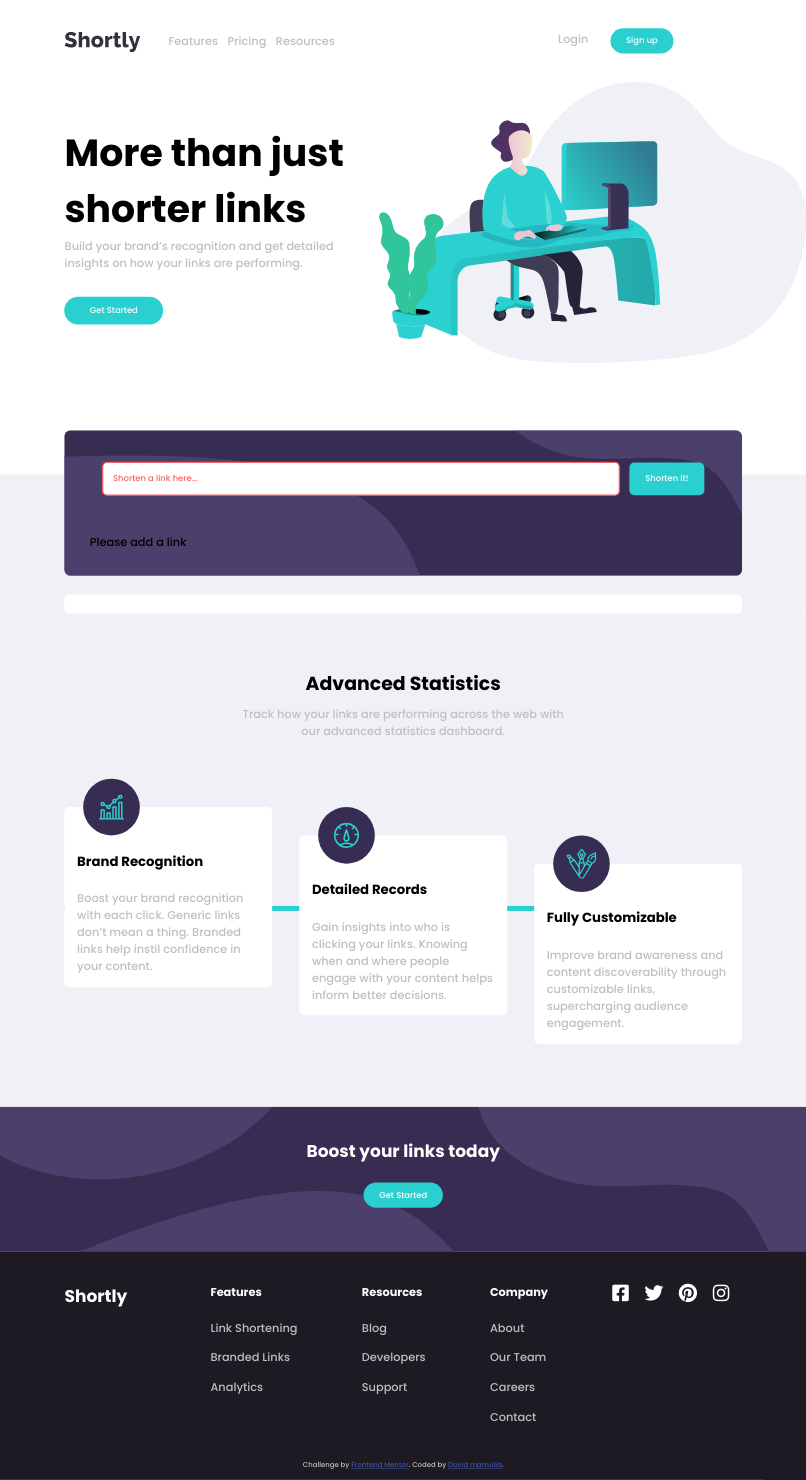
Repository: mamulini/URL-shortener
Page: index.html
The author's editor kept a copy of each file at every save. The page is drawn from the files as they stood at one save, then again after a run of saves.
The browser window is 1280 px wide. The pictures show the whole page, at 63% of full size.
Some web libraries are served in a nearby version. The style sheet was rebuilt from its Sass, Less or Tailwind sources for each picture, by a compiler version that may differ from the author's.

Above is the page before, as saved 2020-04-16 22:52:06.

### index.html
<!DOCTYPE html>
<html lang="en">
<head>
  <meta charset="UTF-8">
  <meta name="viewport" content="width=device-width, initial-scale=1.0"> <!-- displays site properly based on user's device -->

  <link rel="icon" type="image/png" sizes="32x32" href="./images/favicon-32x32.png">
  <link rel="stylesheet" href="https://cdnjs.cloudflare.com/ajax/libs/font-awesome/5.13.0/css/all.min.css">
  <link rel="stylesheet" href="./sass/main.css">

  <title>Frontend Mentor | Shortly URL shortening API Challenge</title>

  <!-- Feel free to remove these styles or customise in your own stylesheet 👍 -->

</head>
<body>
  <header class="header container">
    <a href="/" class="header__logo"><img src="./images/logo.svg" alt="logo">
    </a>
    <nav class="nav">
      <ul class="nav__menu">
        <li class="nav__item"><a class="nav__link" href="#">Features</a></li>
        <li class="nav__item"><a class="nav__link" href="#">Pricing</a></li>
        <li class="nav__item"><a class="nav__link" href="#">Resources</a></li>
      </ul>
    </nav>
    <div class="user">
      <a class="user__login" href="#" >Login</a>
      <button class="user__sign-up btn--blue" type="button">Sign up</button>
    </div>

  </header>
  <main class="main">
    <div class="intro">
      <div class="intro__description">
        <h1 class="intro__title">More than just shorter links</h1>
        <p class="intro__subtitle">Build your brand’s recognition and get detailed <br> insights
          on how your links are performing.</p>
        <button class="intro__btn btn--blue">Get Started</button>

      </div>
      <div class="intro__img">
        <img src="./images/illustration-working.svg" alt="image">
      </div>
    </div>
    <div class="shorten ">
      <div class="shorten__handler container">
        <form class="shorten__form">
          <input class="shorten__input" type="url" pattern="https://.*" value="" placeholder="Shorten a link here...">
          <button class="shorten__btn btn--blue" type="button">Shorten it!</button>

        </form>
        <p class="shorten__subtitle">Please add a link</p>
      </div>
      <div class="shorten__links container">

      </div>
    </div>
    <div class="statistics ">
      <h2 class="statistics__title">Advanced Statistics</h2>
      <p class="statistics__subtitle">Track how your links are performing across the web with our
        advanced statistics dashboard.</p>
      <div class="blocks_wrapper container">
        <hr class="blocks_wrapper__line">
        <div class="block block--1">
          <div class="block__icon">
            <img src="./images/icon-brand-recognition.svg" alt="icon" >
          </div>
          <h3 class="block__title">Brand Recognition</h3>
          <p class="block__subtitle">Boost your brand recognition with each click. Generic links don’t
            mean a thing. Branded links help instil confidence in your content.</p>
        </div>
        <div class="block block--2">
          <div class="block__icon">
            <img src="./images/icon-detailed-records.svg" alt="icon" >
          </div>
          <h3 class="block__title">Detailed Records</h3>
          <p class="block__subtitle">Gain insights into who is clicking your links. Knowing when and where
            people engage with your content helps inform better decisions.</p>
        </div>
        <div class="block block--3">
          <div class="block__icon">
            <img src="./images/icon-fully-customizable.svg" alt="icon" >
          </div>
          <h3 class="block__title">Fully Customizable</h3>
          <p class="block__subtitle">Improve brand awareness and content discoverability through customizable
            links, supercharging audience engagement.</p>
        </div>

      </div>
    </div>
    <div class="link_booster">
      <h2 class="link_booster__title">Boost your links today</h2>
      <button class="link_booster__btn btn--blue">Get Started</button>
    </div>
  </main>
  <div class="footer">
    <div class="footer__wrapper container">
      <h2 class="footer__logo">Shortly</h2>
    <div class="footer__nav-wrapper">
      <h3 class="footer__nav-title">Features</h3>
      <ul class="footer__nav-list">
        <li class="footer__nav-li"><a class="footer__nav-link" href="#">Link Shortening</a></li>
        <li class="footer__nav-li"><a class="footer__nav-link" href="#">Branded Links</a></li>
        <li class="footer__nav-li"><a class="footer__nav-link" href="#">Analytics</a></li>
      </ul>
    </div>
    <div class="footer__nav-wrapper">
      <h3 class="footer__nav-title">Resources</h3>
      <ul class="footer__nav-list">
        <li class="footer__nav-li"><a class="footer__nav-link" href="#">Blog</a></li>
        <li class="footer__nav-li"><a class="footer__nav-link" href="#">Developers</a></li>
        <li class="footer__nav-li"><a class="footer__nav-link" href="#">Support</a></li>
      </ul>
    </div>
    <div class="footer__nav-wrapper">
      <h3 class="footer__nav-title">Company</h3>
      <ul class="footer__nav-list">
        <li class="footer__nav-li"><a class="footer__nav-link" href="#">About</a></li>
        <li class="footer__nav-li"><a class="footer__nav-link" href="#">Our Team</a></li>
        <li class="footer__nav-li"><a class="footer__nav-link" href="#">Careers</a></li>
        <li class="footer__nav-li"><a class="footer__nav-link" href="#">Contact</a></li>
      </ul>
    </div>
    <div class="footer__icons-wrapper">
      <a href="#"><i class="fab fa-facebook-square footer__icon"></i></a>
      <a href="#"><i  class="fab fa-twitter footer__icon"></i></a>
      <a href="#"><i class="fab fa-pinterest footer__icon"></i></a>
      <a href="#"><i class="fab fa-instagram footer__icon"></i></a>
    </div>

    </div>
    <div class="attribution">
      Challenge by <a href="https://www.frontendmentor.io?ref=challenge" target="_blank">Frontend Mentor</a>.
      Coded by <a href="#">David mamulia</a>.
    </div>
  </div>
  <script src="./js/main.js"></script>
</body>
</html>

### JS/main.js
const input = document.querySelector('.shorten__input');
const shortenBtn = document.querySelector('.shorten__btn');
// const url = "https://rel.ink/api/links/";

input.addEventListener("focus", () => {
    input.value = "https://";
});

class ShortLinks {
    constructor(url, shortUrl){
        this.url = url;
        this.shortUrl = shortUrl;
    }

    static render(obj){
        const content = `
            <div class="shorten__genarate">
                <span class="shorten__long-link">${obj.url}</span>
                <a class="shorten__short-link" href="${obj.shortUrl}" target="_blank">${obj.shortUrl}</a>
                <button class="shorten__copy btn--blue">Copy</button>
                <span class="shorten__close"><i class="far fa-window-close fa-2x"></i></span >
            </div>
        `;

        document.querySelector(".shorten__links").insertAdjacentHTML("afterbegin", content);
    }
}

let storedLinks = (JSON.parse(localStorage.getItem("locaLinks")));

if (storedLinks){
    storedLinks.forEach(link => {
        ShortLinks.render(link);
    });
}else{ storedLinks = []; }



shortenBtn.addEventListener("click", () => {
    async function inputHandle(){
        const res = await fetch("https://rel.ink/api/links/", {
            method:"POST",
            body: JSON.stringify( {url: `${input.value}`} ),
            headers: { 'Content-Type': 'application/json' }
        });

        if (res.status > 200 && res.status < 400){
            const data = await res.json();

            storedLinks.push(new ShortLinks(input.value, `https://rel.ink/${data.hashid}`));
            input.value = "";

            //save to localStorage
            localStorage.setItem("locaLinks", JSON.stringify(storedLinks));

            ShortLinks.render(storedLinks[storedLinks.length - 1]);
        }else{
            document.querySelector(".shorten__input").classList.add("invalid");
            document.querySelector("form p").style.display = "block";

            setTimeout(() => {
                document.querySelector(".shorten__input").classList.remove("invalid");
                document.querySelector("form p").style.display = "none";
            }, 2500);
        }
    };

    inputHandle();
});

document.querySelector(".shorten__handler").addEventListener("click", (e) => {
    if (e.target.classList.contains("fa-window-close")){
        const delUrl = e.target.parentNode.previousSibling.previousSibling.previousSibling.previousSibling.firstChild.innerText;
        storedLinks = storedLinks.filter(link => link.shortUrl != delUrl);
        //save to localStorage
        localStorage.setItem("locaLinks", JSON.stringify(storedLinks));
        //disappear from DOM
        e.target.parentNode.parentNode.remove();
    }
});

document.querySelector(".shorten__handler").addEventListener("click", (e) => {
    if (e.target.innerText == "Copy"){
        //turn all copy buttons to "Copy" again (in case of they are not)
        const copyButtons = document.querySelectorAll(".shorten__handler div button");

        for (let i = 0; i < copyButtons.length; i++){
            console.log(copyButtons[i]);
            copyButtons[i].style.backgroundColor = "hsl(180, 66%, 49%)";
            copyButtons[i].innerText = "Copy";
        }

        e.target.style.backgroundColor = "hsl(257, 27%, 26%)";
        e.target.innerText = "Copied!";

        //copy shorten link to keyboard
        const copy = e.target.parentNode.previousSibling.previousSibling.firstChild.innerText;
        const input = document.createElement('textarea');
        document.body.appendChild(input);
        input.value = copy;
        input.select();
        document.execCommand('Copy');
        input.remove();
    }
});










// function getUrl(){
//     let protocolOk = url.startsWith('http://') || url.startsWith('https://') || url.startsWith('ftp://');
//     if(!protocolOk) {
//         newUrl = 'http://' + url;
//         return newUrl;
//     }else {
//         return url;
//     }
// }

// function genHash(){
//     if (window.location.hash == ''){
//         window.location.hash = getRandom();
//     }
// }

// function shortUrl(){
//     let longUrl = getUrl();
//     genHash();
//     sendRequest(longurl);
// }
































// postData(url, data)
//                 .then(res => {
//                     console.log(res);
//                 })
//                 .catch(() => {

//                 })
//                 .finally(() => {
//                     clearInputs();
//                 });

### sass/main.scss
@import url('https://fonts.googleapis.com/css2?family=Poppins:wght@500;700&display=swap');

// colors
$text_gray: hsl(0, 0%, 75%);
$cyan_btn:  hsl(180, 66%, 49%);
$dark_bg : #372d52;
$dark_blue: #1e1a23;
$red : hsl(0, 87%, 67%);
$light_bg: #eff1f7;

* {
    padding: 0;
    margin: 0;
    box-sizing: border-box;
}

body{
    font-size: 18px;
    font-family: 'poppins', sans-serif;
    font-weight: 500;

}

img {
    max-width: 100%;
}

.container {
    max-width: 84%;
    margin: 0 auto;
}

.header {
    margin-top: 40px;
    margin-bottom: 40px;
    display: flex;
    justify-content: flex-start;
    align-items: center;
    &__logo{
        flex: 0 0 25%;
        max-width: 150px;
        margin-top: 10px;
    }
}

.nav{
    flex: 0 0 25%;
    &__menu{
        display: flex;
        justify-content: space-between;
        list-style: none;

    }

    &__item{
        margin-left: 15px;
    }

    &__link{
        text-decoration: none;
        color: $text_gray;
        &:hover{
            color: #000000;
        }
    }
}

.user{
    flex: 0 0 50%;
    text-align: right;

    &__login{
        color: $text_gray;
        margin-right: 30px;
        text-decoration: none;
        &:hover{
            color: #000000;
        }
    }
}

.btn--blue{
    padding: 10px 25px;
    border: none;
    cursor: pointer;
    display: inline-block;
    border-radius: 50px;
    background: $cyan_btn;
    outline: none;
    color: #ffffff;
    font-family: 'poppins', sans-serif;
    font-weight: 500;

    &:hover{
        opacity: .5;
    }

    &:active{
        transform: scale(0.90);
    }
}

.intro{
    display: flex;
    justify-content: space-between;

    &__description{
        display: flex;
        flex-direction: column;
        justify-content: center;
        align-items: flex-start;
        max-width: 500px;
        margin-left: 8%;
    }

    &__title {
        font-size: 60px;
    }

    &__subtitle {
        text-align-last: left;
        color: $text_gray;
    }

    &__btn{
        margin-top: 40px;
        padding: 12px 40px;
    }
}

.shorten{
    background: $light_bg;
    margin-top: 170px;

    &__handler{
        background-image: url('../images/bg-shorten-desktop.svg');
        background-position: center;
        background-size: cover;
        background-color: $dark_bg;
        border-radius: 10px;
        position: relative;
        top: -70px;
        margin-bottom: -60px;
    }

    &__form{
        display: flex;
        justify-content: space-between;
        align-items: center;
        padding: 50px 60px 20px 60px;
        flex-wrap: wrap;
    }

    &__subtitle{
        padding: 40px;
    }

    &__input{
        flex: 1;
        padding: 15px;
        border-radius: 8px;
        margin-right: 15px;
        font-family:'poppins', sans-serif;
        border: 2px solid $red;
        outline: none;
         &::placeholder{
            color: $red;
         }
    }

    &__btn{
        border-radius: 8px;
        padding-top: 15px;
        padding-bottom: 17px;
    }

    &__subtitle{
        align-self: flex-end;
    }

    &__links{
        background: #ffffff;
        padding: 15px;
        margin-top: 20px;
        border-radius: 8px;
    }

    &__genarate{
        list-style: none;
        display: flex;
        justify-content: space-between;
        align-items: center;
    }

    &__long-link{
        flex: 1;
    }

    &__short-link{
        padding: 15px;
        color: $cyan_btn;
    }

    &__copy{
        margin-right: 10px;
        border-radius: 8px;
        padding: 8px 15px;
    }
}

.statistics{
    background: $light_bg;
    text-align: center;
    padding-top: 90px;
    padding-bottom: 100px;


    &__title {
        font-size: 30px;
    }
    &__subtitle{
        max-width: 520px;
        margin: 10px auto;
        color: $text_gray;
    }
}

.blocks_wrapper {
    display: flex;
    justify-content: space-between;
    flex-wrap: wrap;
    background: $light_bg;
    margin-top: 100px;
}

.block{
    flex: 0 0 calc(33% - 25px);
    background: #ffffff;
    height: 30%;
    text-align: left;
    border-radius: 8px;
    z-index: 1;


    &--2{
        margin-top: 45px;
    }
    &--3{
        margin-top: 90px;
    }
    &__icon{
        background: $dark_bg ;
        padding: 20px;
        border-radius: 100%;
        display: inline-block;
        width: 90px;
        height: 90px;
        display: flex;
        justify-content: center;
        align-items: center;
        margin-left: 30px;
        transform:translateY(-45px);
    }
    &__title{
        padding:0 30px 30px 20px;
        margin-top: -20px;
    }
    &__subtitle{
        padding: 0 20px 20px;
        line-height: 1.5;
        color: $text_gray;
    }
}

.blocks_wrapper__line{
    border: 4px solid $cyan_btn;
    transform:translateY(165px);
    position: relative;
    flex: 100%;

}

.link_booster{
    text-align: center;
    background: $dark_bg url('../images/bg-boost-desktop.svg') no-repeat center;
    // background-size: cover;
    height: 230px;

    &__title{
        color: #ffffff;
        padding-top: 50px;
    }
    &__btn{
        margin-top: 30px;
        &:hover{
            opacity: .7;
        }
    }
}


.footer{
    background: $dark_blue;
    &__wrapper{
        padding-top: 50px;
        display: flex;
        justify-content: space-between;

    }

    &__logo {
        color: #ffffff;
        padding-right: 30px;

    }

    &__nav-wrapper{
        margin-bottom: 40px;
    }

    &__nav-list{
        list-style: none;

    }

    &__nav-li {
        padding-top: 20px;
    }

    &__nav-title{
        color: #ffffff;
        padding-bottom: 10px;
        font-size: 18px;

    }

    &__nav-link{
        text-decoration: none;
        color: $text_gray;
        margin-top: 30px;
        &:hover{
            color: $cyan_btn;
        }
    }

    &__icon{
        color: #ffffff;
        padding-right: 20px;
        font-size: 30px;
        &:hover{
            color: $cyan_btn;
        }
    }
}

.attribution { font-size: 11px; text-align: center; color: $text_gray; padding: 15px; }
.attribution a { color: hsl(228, 45%, 44%); }

After the next 2 saves:
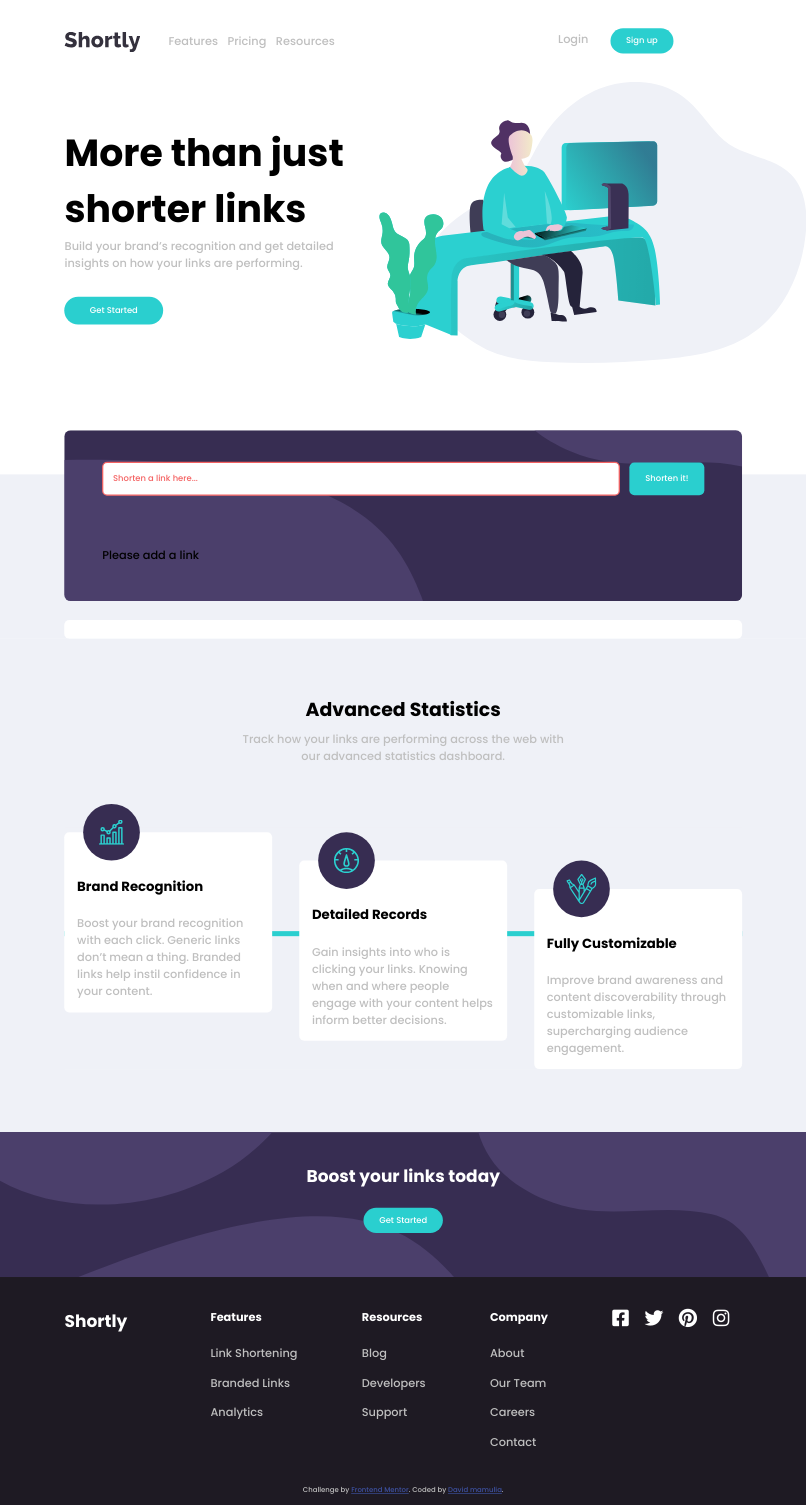
The 2 saves are shown as one change because they came seconds apart.
The last was saved 8 s later.
--- a/sass/main.scss
+++ b/sass/main.scss
@@ -152,7 +152,7 @@ img {
     }
 
     &__subtitle{
-        padding: 40px;
+        padding: 60px;
     }
 
     &__input{
